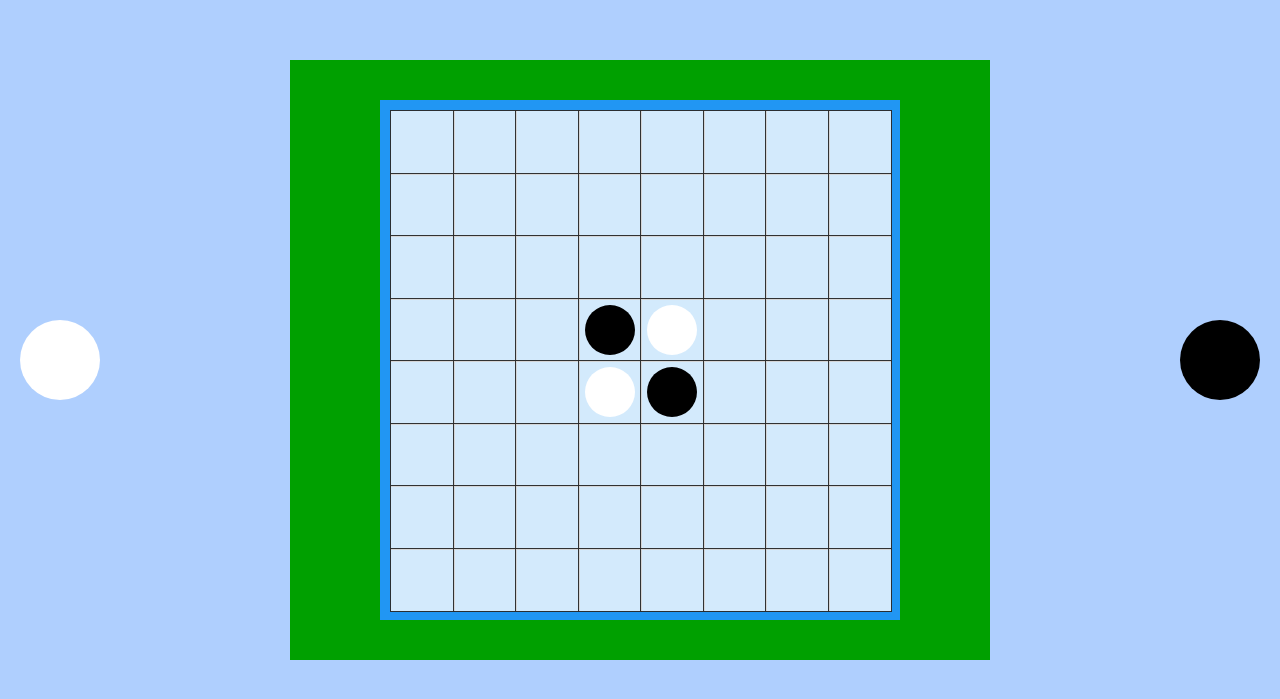
Repository: eliaoucohen72/react-reversi
Page: /
An editor plug-in stored every save of this project. The page is shown before and after a run of saves, followed by the edit.
The browser window is 1280 px wide. The pictures show the whole page.
The project was rebuilt for these pictures with package versions that can differ from the ones it lists, and the page was loaded fresh each time. Also part of the build but not shown: vite.config.ts.

Above is the page before, as saved 2024-09-05 16:09:05.

### src/App.tsx
import { useState } from "react";
import "./App.css";

type Player = "black" | "white";

// Fonction pour vérifier et retourner les pions capturés
const flipPieces = (
  board: string[],
  index: number,
  player: Player
): string[] => {
  const directions = [-1, 1, -8, 8, -9, 9, -7, 7];
  const opponent = player === "black" ? "white" : "black";
  const newBoard = [...board]; // Copier le plateau

  for (const direction of directions) {
    let i = index + direction;
    const toFlip = []; // Pions à retourner

    while (i >= 0 && i < 64 && board[i] === opponent) {
      toFlip.push(i); // Ajouter les positions des pions adverses
      i += direction;
    }

    // Si on trouve un pion du joueur à la fin de la ligne d'adversaires
    if (i >= 0 && i < 64 && board[i] === player) {
      toFlip.forEach((pos) => {
        newBoard[pos] = player; // Retourner les pions
      });
    }
  }

  return newBoard;
};

// Fonction pour vérifier si un coup est valide
const isValidMove = (
  board: string[],
  index: number,
  player: Player
): boolean => {
  if (board[index] !== "empty") return false; // La case doit être vide

  const directions = [-1, 1, -8, 8, -9, 9, -7, 7];
  const opponent = player === "black" ? "white" : "black";

  for (const direction of directions) {
    let i = index + direction;
    let foundOpponent = false;

    while (i >= 0 && i < 64 && board[i] === opponent) {
      i += direction;
      foundOpponent = true;
    }

    // Si un pion du joueur est trouvé après les pions adverses
    if (foundOpponent && i >= 0 && i < 64 && board[i] === player) {
      return true;
    }
  }

  return false;
};

function App() {
  const [currentPlayer, setCurrentPlayer] = useState<Player>("black");
  const [board, setBoard] = useState<string[]>(() => initBoard());

  // Initialiser le plateau avec les pions de départ
  function initBoard(): string[] {
    const initialBoard = Array(64).fill("empty");
    initialBoard[27] = "black";
    initialBoard[28] = "white";
    initialBoard[35] = "white";
    initialBoard[36] = "black";
    return initialBoard;
  }

  const handleClick = (i: number) => {
    if (isValidMove(board, i, currentPlayer)) {
      let newBoard = [...board];
      newBoard[i] = currentPlayer; // Placer le pion
      newBoard = flipPieces(newBoard, i, currentPlayer); // Retourner les pions
      setBoard(newBoard); // Mettre à jour le plateau

      // Passer au joueur suivant
      setCurrentPlayer(currentPlayer === "black" ? "white" : "black");
    } else {
      console.log("Coup invalide");
    }
  };

  return (
    <div className="wrapper">
      <div className="whitePlayer" />
      <div className="blackPlayer" />
      <div className="subWrapper">
        <div className="grid-container">
          {board.map((cell, i) => (
            <div className="item" key={i}>
              <div onClick={() => handleClick(i)} className={cell} />
            </div>
          ))}
        </div>
      </div>
    </div>
  );
}

export default App;

### src/App.css
.wrapper {
  width: 100vw;
  height: 100vh;
  background-color: #afcffe;
  position: relative;
}

.whitePlayer {
  position: absolute;
  width: 80px;
  height: 80px;
  top: 50%;
  left: 0%;
  transform: translate(0%, -50%);
  background-color: #ffffff;
  border-radius: 40px;
  margin-left: 20px;
}

.blackPlayer {
  position: absolute;
  width: 80px;
  height: 80px;
  top: 50%;
  right: 0%;
  transform: translate(0%, -50%);
  background-color: #000000;
  border-radius: 40px;
  margin-right: 20px;
}

.subWrapper {
  position: absolute;
  width: 700px;
  height: 600px;
  background-color: #00a000;
  top: 50%;
  left: 50%;
  transform: translate(-50%, -50%);
  display: flex;
  align-items: center;
  justify-content: center;
}

.grid-container {
  display: grid;
  grid-template-columns: 12.5% 12.5% 12.5% 12.5% 12.5% 12.5% 12.5% 12.5%;
  background-color: #2196f3;
  padding: 10px;
  width: 500px;
  height: 500px;
}
.item {
  background-color: rgba(255, 255, 255, 0.8);
  border: 1px solid rgba(0, 0, 0, 0.8);
  text-align: center;
  font-size: 16px;
  display: flex;
  align-items: center;
  justify-content: center;
  height: 100%;
  width: 100%;
}

.white {
  background-color: rgba(255, 255, 255);
  height: 80%;
  width: 80%;
  border-radius: 30px;
}

.black {
  background-color: rgba(0, 0, 0);
  height: 80%;
  width: 80%;
  border-radius: 30px;
}

.empty {
  height: 80%;
  width: 80%;
  border-radius: 30px;
}

Loaded but not shown: index.html (common file); src/main.tsx (common file); src/index.css (common file)

After the next 2 saves:
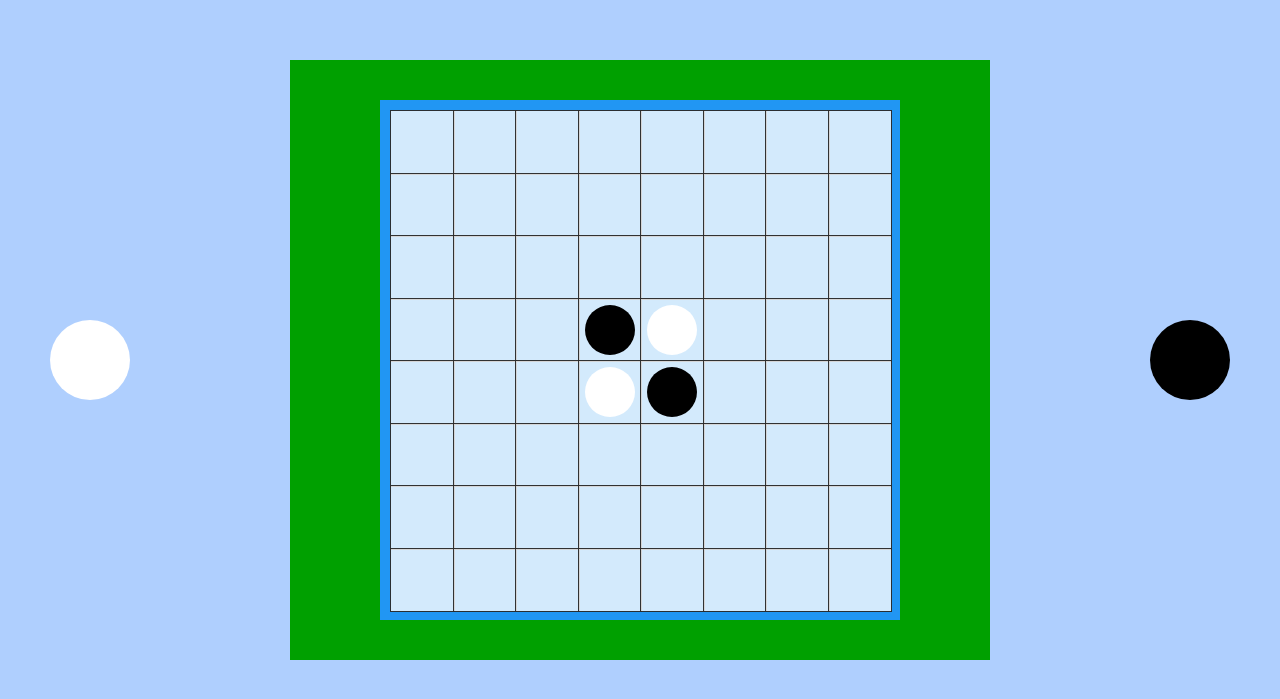
The 2 saves are shown as one change because they came seconds apart.
The last was saved 10 s later.
--- a/src/App.css
+++ b/src/App.css
@@ -14,7 +14,7 @@
   transform: translate(0%, -50%);
   background-color: #ffffff;
   border-radius: 40px;
-  margin-left: 20px;
+  margin-left: 50px;
 }
 
 .blackPlayer {
@@ -26,7 +26,7 @@
   transform: translate(0%, -50%);
   background-color: #000000;
   border-radius: 40px;
-  margin-right: 20px;
+  margin-right: 50px;
 }
 
 .subWrapper {
